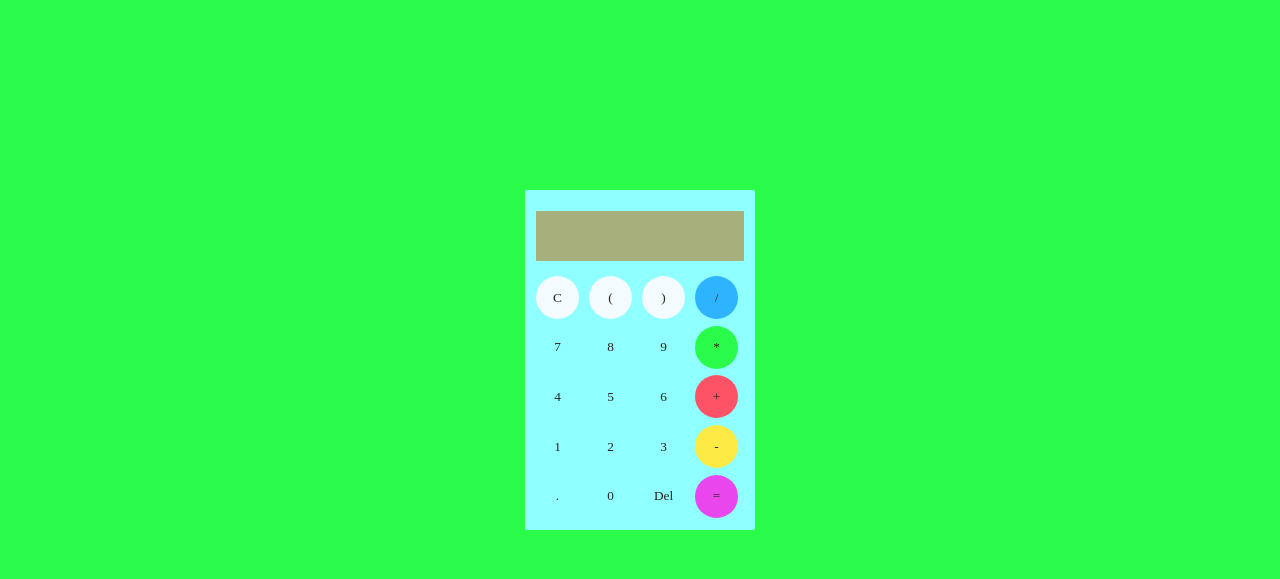
Repository: ServerK001/CalcJsVanilha
Page: index.html
These files come from the project's save history. The page is drawn as it stood at one moment and after the next save; the edit follows.
The browser window is 1280 px wide. The pictures show the whole page.

Above is the page before, as saved 2022-02-15 18:27:42.

After the next save:
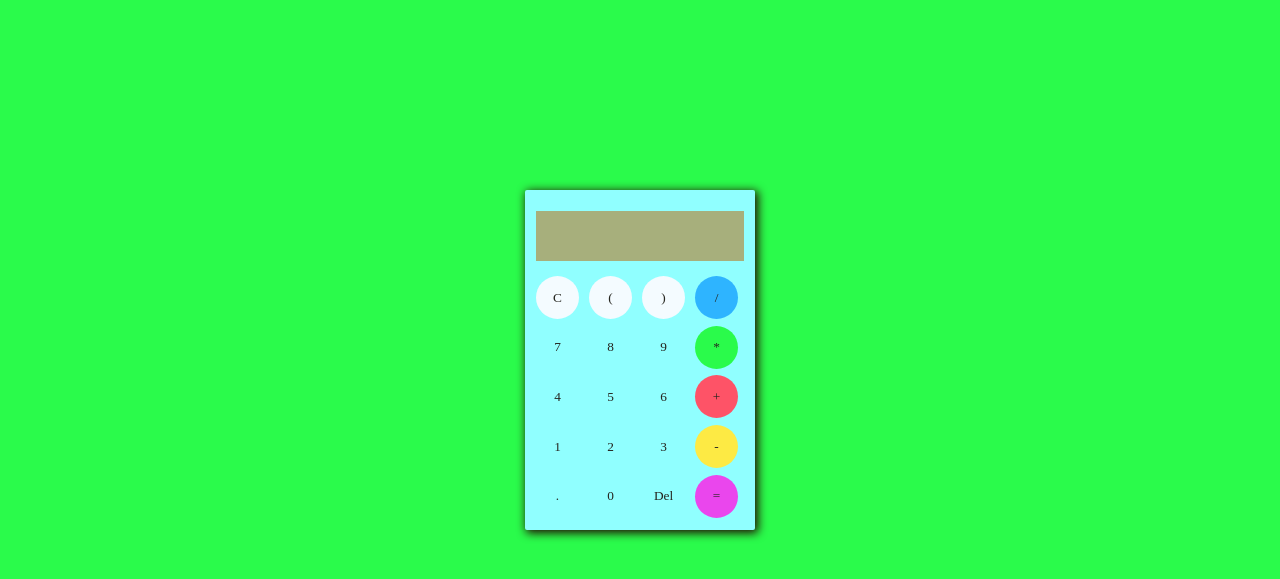
Saved 3 min 24 s later.
--- a/style.css
+++ b/style.css
@@ -72,6 +72,7 @@ input[type=text] {
     height: 340px;
     width: 230px;
     border-radius: 2px;
+    box-shadow: 2px 2px 10px 1px #240502;
 
 }
 
